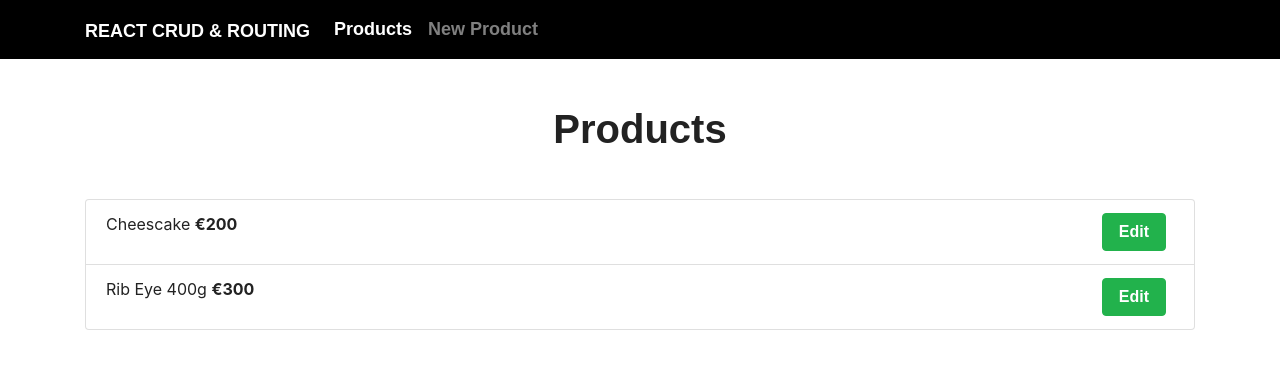
Repository: ppfeliuu/routercrudreact
Page: /products
An editor plug-in stored every save of this project. The page is shown before and after the next save, followed by the edit.
The browser window is 1280 px wide. The pictures show the whole page.
Some web fonts or font styles are not loaded; a fallback is used. The project was rebuilt for these pictures with package versions that can differ from the ones it lists, and the page was loaded fresh each time. Requests to the local data server were answered from the project's data file. Also part of the build but not shown: src/components/Producto.js, src/components/EditarProducto.js, src/components/AgregarProducto.js.

Above is the page before, as saved 2019-06-26 11:02:59.

### public/index.html
<!DOCTYPE html>
<html lang="en">
  <head>
    <meta charset="utf-8" />
    <link rel="shortcut icon" href="%PUBLIC_URL%/rc.png" />
    <meta name="viewport" content="width=device-width, initial-scale=1" />
    <meta name="theme-color" content="#000000" />
    <!--
      manifest.json provides metadata used when your web app is installed on a
      user's mobile device or desktop. See https://developers.google.com/web/fundamentals/web-app-manifest/
    -->
    <link rel="manifest" href="%PUBLIC_URL%/manifest.json" />
    <link rel="stylesheet" href="/css/bootstrap.min.css">
    <!--
      Notice the use of %PUBLIC_URL% in the tags above.
      It will be replaced with the URL of the `public` folder during the build.
      Only files inside the `public` folder can be referenced from the HTML.

      Unlike "/favicon.ico" or "favicon.ico", "%PUBLIC_URL%/favicon.ico" will
      work correctly both with client-side routing and a non-root public URL.
      Learn how to configure a non-root public URL by running `npm run build`.
    -->
    <title>React App</title>
  </head>
  <body>
    <noscript>You need to enable JavaScript to run this app.</noscript>
    <div id="root"></div>
    <!--
      This HTML file is a template.
      If you open it directly in the browser, you will see an empty page.

      You can add webfonts, meta tags, or analytics to this file.
      The build step will place the bundled scripts into the <body> tag.

      To begin the development, run `npm start` or `yarn start`.
      To create a production bundle, use `npm run build` or `yarn build`.
    -->
  </body>
</html>

### src/App.js
import React, { useEffect, useState } from 'react';
import { BrowserRouter as Router, Route, Switch }  from 'react-router-dom';
import Productos from './components/Productos';
import Producto from './components/Producto';
import EditarProducto from './components/EditarProducto';
import AgregarProducto from './components/AgregarProducto';
import Header from './components/Header';
import axios from 'axios';


function App() {

  const [productos, guardarProductos] = useState([]);

  useEffect(() => {
    const consultarAPI = async () => {
      const resultado = await axios.get('http://localhost:4000/restaurant');

      // console.log(resultado.data);
      guardarProductos(resultado.data);
    }
    consultarAPI();
  }, [])

  return (
    <Router>
      <Header />
      <main className="container mt-5">
      <Switch>
        <Route exact path="/products" render={ () => (
              <Productos
                productos={productos}
              />
            )}
        />
        <Route exact path="/new" component={AgregarProducto} />
        <Route exact path="/products/:id" component={Producto} />
        <Route exact path="/products/edit/:id" component={EditarProducto} />
      </Switch>
      </main>
    </Router>
  );
}

export default App;

### src/components/Productos.js
import React, {Fragment} from 'react';
import ProductoLista  from './ProductoLista';

function Productos({productos}) {
    return (
        <Fragment>
        <h1 className="text-center">Products</h1>
        <ul className="list-group mt-5">
            {productos.map(producto => (
                <ProductoLista
                    key={producto.id}
                    producto={producto}
                />
            ))}
        </ul>
        </Fragment>
    )
}

export default Productos;

### src/components/Header.js
import React from 'react';
import { Link, NavLink } from 'react-router-dom';

const Header = () => (
    <nav className="navbar navbar-expand-lg navbar-dark bg-dark">
        <div className="container">
            <Link to="/products" className="navbar-brand">
                React CRUD & Routing
            </Link>

            <ul className="navbar-nav mr-auto">
                <li className="nav-item">
                    <NavLink to="/products" className="nav-link" activeClassName="active">Products</NavLink>
                </li>
                <li className="nav-item">
                    <NavLink to="/new" className="nav-link" activeClassName="active">New Product</NavLink>
                </li>
            </ul>
        </div>
    </nav>
);


export default Header;

### src/components/ProductoLista.js
import React from 'react';
import { Link } from 'react-router-dom';

function ProductoLista({producto}) {

    return(
        <li className="list-group-item d-flex justify-content-between align-items-center">
            <p data-categoria={producto.categoria}>
                {producto.nombrePlatillo} {' '}
                <span className="font-weight-bold">€{producto.precioPlatillo}</span>
            </p>
            <div>
                <Link to={`/products/edit/${producto.id}`} className="btn btn-success mr-2">Edit</Link>
            </div>
        </li>
    )

}

export default ProductoLista;

### db.json
{
    "restaurant": [
        {
            "precioPlatillo": "200",
            "nombrePlatillo": "Cheescake",
            "categoria": "Postres",
            "id": 1
        },
        {
            "precioPlatillo": "300",
            "nombrePlatillo": "Rib Eye 400g",
            "categoria": "Cortes",
            "id": 2
        }
    ]
}

Loaded but not shown: src/index.js (common file); src/serviceWorker.js (common file); public/css/bootstrap.min.css (library)

After the next save:
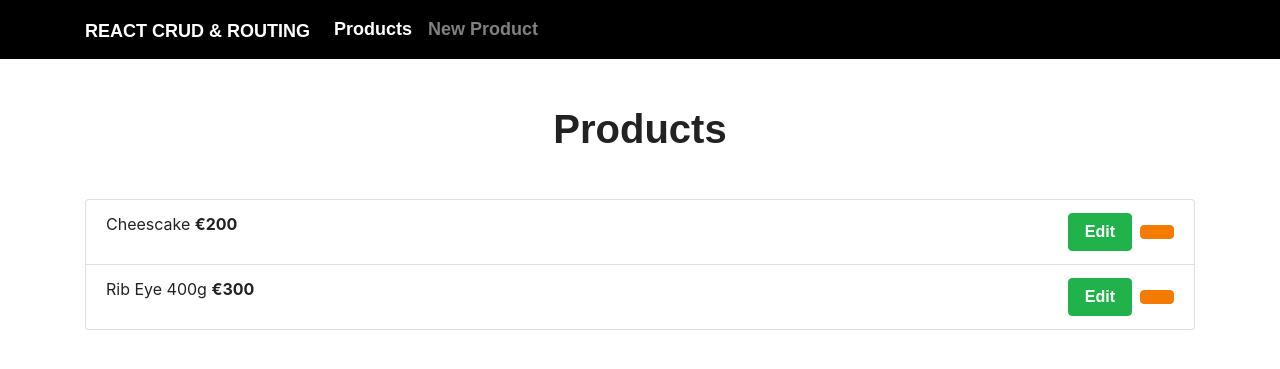
Saved 80 s later.
--- a/src/components/ProductoLista.js
+++ b/src/components/ProductoLista.js
@@ -11,6 +11,8 @@ function ProductoLista({producto}) {
             </p>
             <div>
                 <Link to={`/products/edit/${producto.id}`} className="btn btn-success mr-2">Edit</Link>
+
+                <button type="button" className="btn btn-danger" onClick={() => eliminarProducto(producto.id)}></button>
             </div>
         </li>
     )
